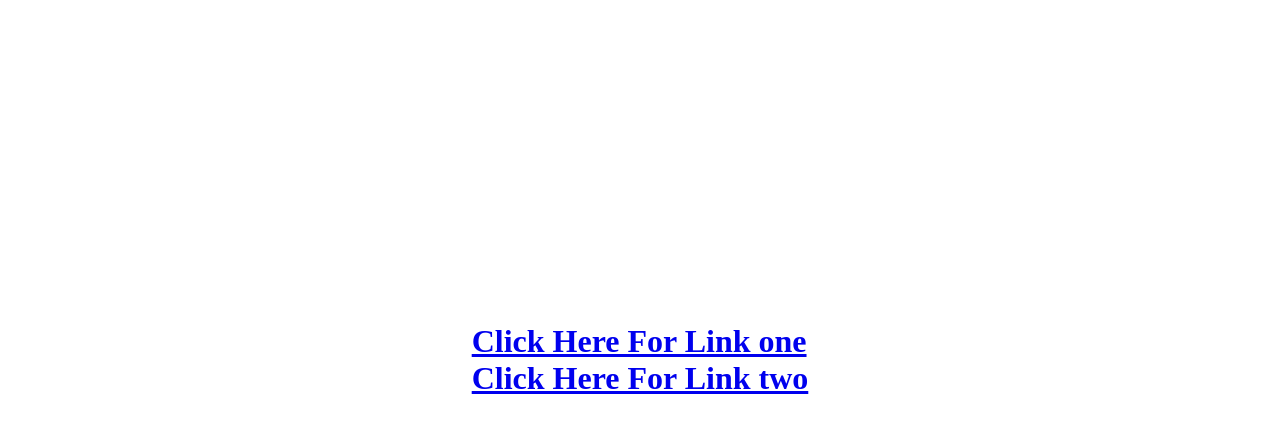
Repository: deeptimahisare1206/Spring_MVC
Page: http://localhost/Spring_MVC_1/
The author's editor kept a copy of each file at every save. The page is drawn from the files as they stood at one save, then again after the next save.
The browser window is 1280 px wide. The pictures show the whole page.
The page is served by Tomcat 9. Other server files are loaded and not shown.

Above is the page before, as saved 2024-11-26 11:43:30.

### Spring_MVC_1/src/main/webapp/index.jsp
<html>
<head>

<style type="text/css">

body {
	background-color: #5cdcdcd;
	display: grid;
	place-items:center;

}
h1{
	display: flex;
	flex-direction: column;
}

</style>
</head>
<body>
<h1>
<a href = "one">Click Here For Link one</a>

<a href = "two">Click Here For Link two</a>

</h1>
</body>
</html>

After the next save:
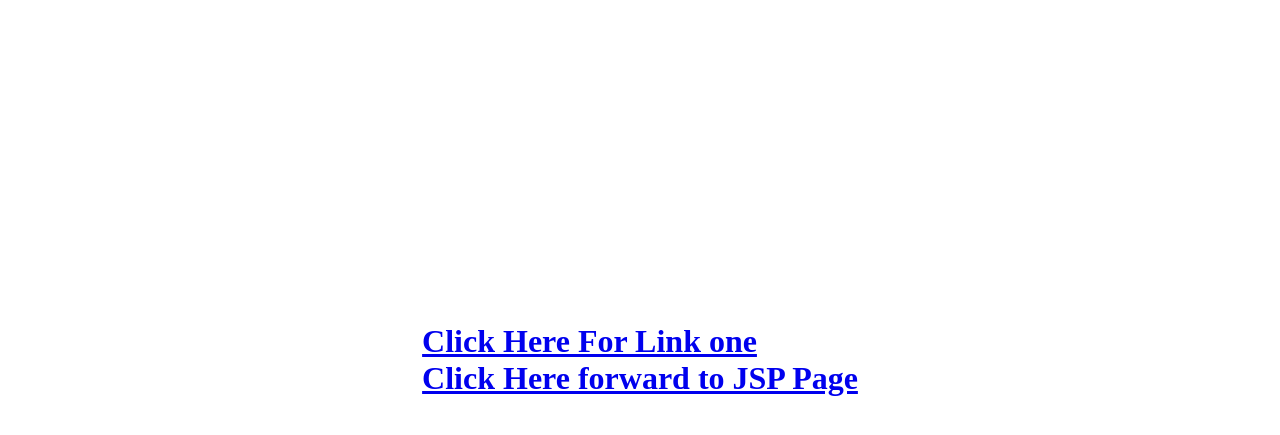
Saved 23 s later.
--- a/Spring_MVC_1/src/main/webapp/index.jsp
+++ b/Spring_MVC_1/src/main/webapp/index.jsp
@@ -20,7 +20,7 @@ h1{
 <h1>
 <a href = "one">Click Here For Link one</a>
 
-<a href = "two">Click Here For Link two</a>
+<a href = "two">Click Here forward to JSP Page</a>
 
 </h1>
 </body>
